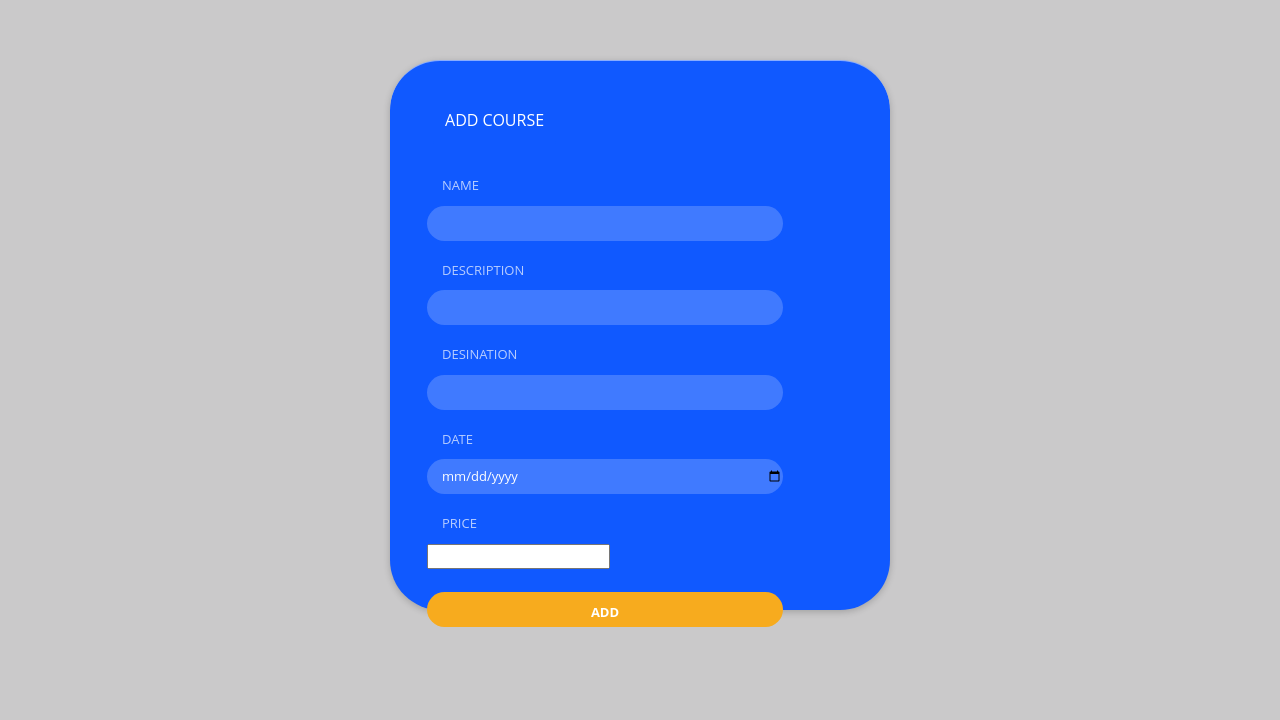
Repository: Yassin-Boushi/Safer
Page: http://localhost/add_flight
These files come from the project's save history. The page is drawn as it stood at one moment and after the next save; the edit follows.
The browser window is 1280 px wide. The pictures show the whole page.
The page is served by the project's Laravel application, run on PHP 8.4 with Laravel 9.

Above is the page before, as saved 2025-01-30 09:24:04.

After the next save:
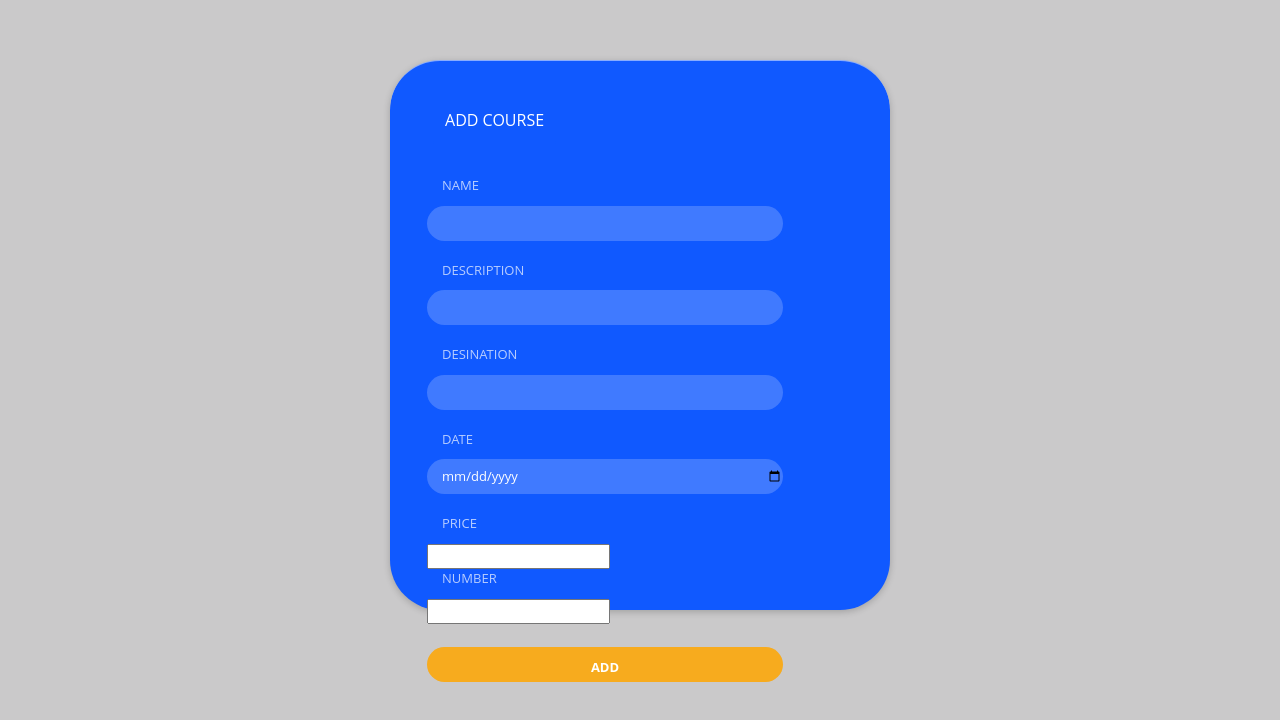
Saved 2 min 57 s later.
--- a/resources/views/flight/add.blade.php
+++ b/resources/views/flight/add.blade.php
@@ -23,6 +23,9 @@
                 <label for="price">
                     <div> price</div>
                 </label> <input class="" type="number" name="price" placeholder="" />
+                <label for="number">
+                    <div> number</div>
+                </label> <input class="" type="number" name="number" placeholder="" />
                 <div>
                 <input type="submit" style="background-color: rgb(247, 171, 30) " class=" btn-signup " value="ADD">
             </div>
